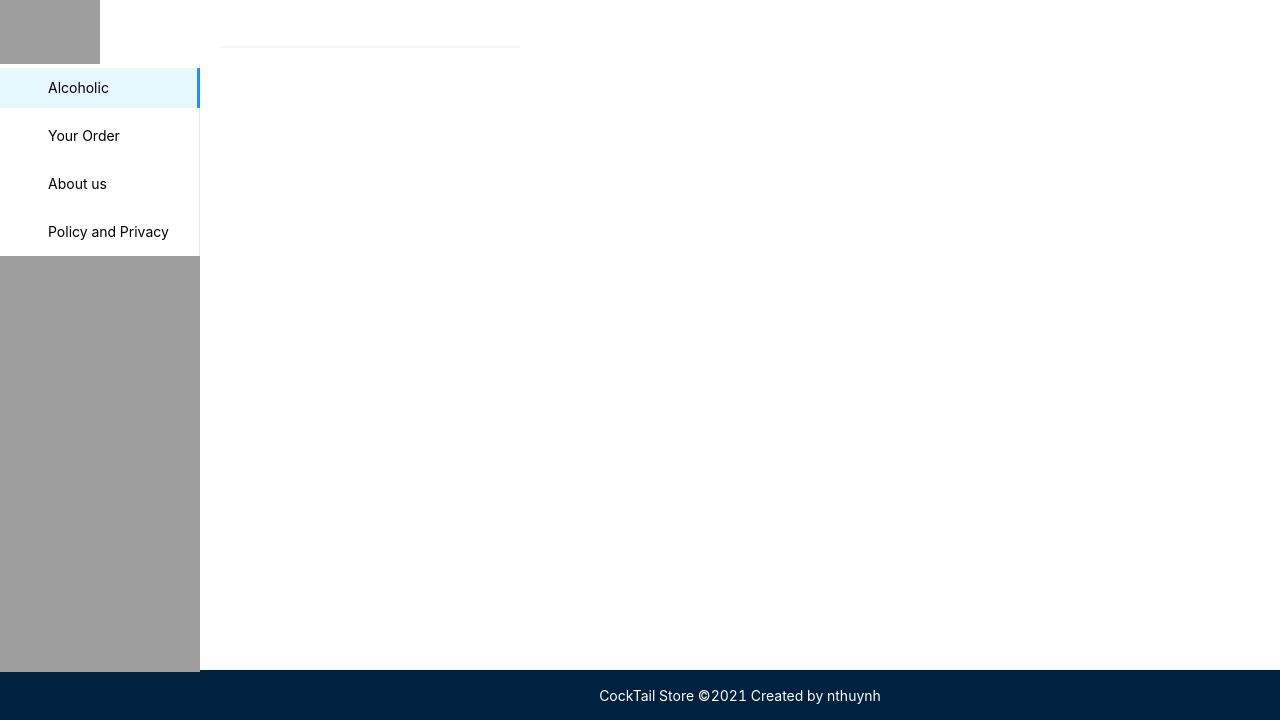
Repository: huynhnt1406/cocktail
Page: /
An editor plug-in stored every save of this project. The page is shown before and after the next save, followed by the edit.
The browser window is 1280 px wide. The pictures show the whole page.
Pictures or frames that could not be fetched are drawn as grey boxes. The page's requests for data from a server got no answer. The project was rebuilt for these pictures with package versions that can differ from the ones it lists, and the page was loaded fresh each time. No one was signed in, and anything a server would have sent is missing. Also part of the build but not shown: src/components/DetailPage.vue, src/components/Order.vue, src/components/AboutUs.vue, src/components/PolicyandPrivacy.vue.

Above is the page before, as saved 2021-05-08 01:17:34.

After the next save:
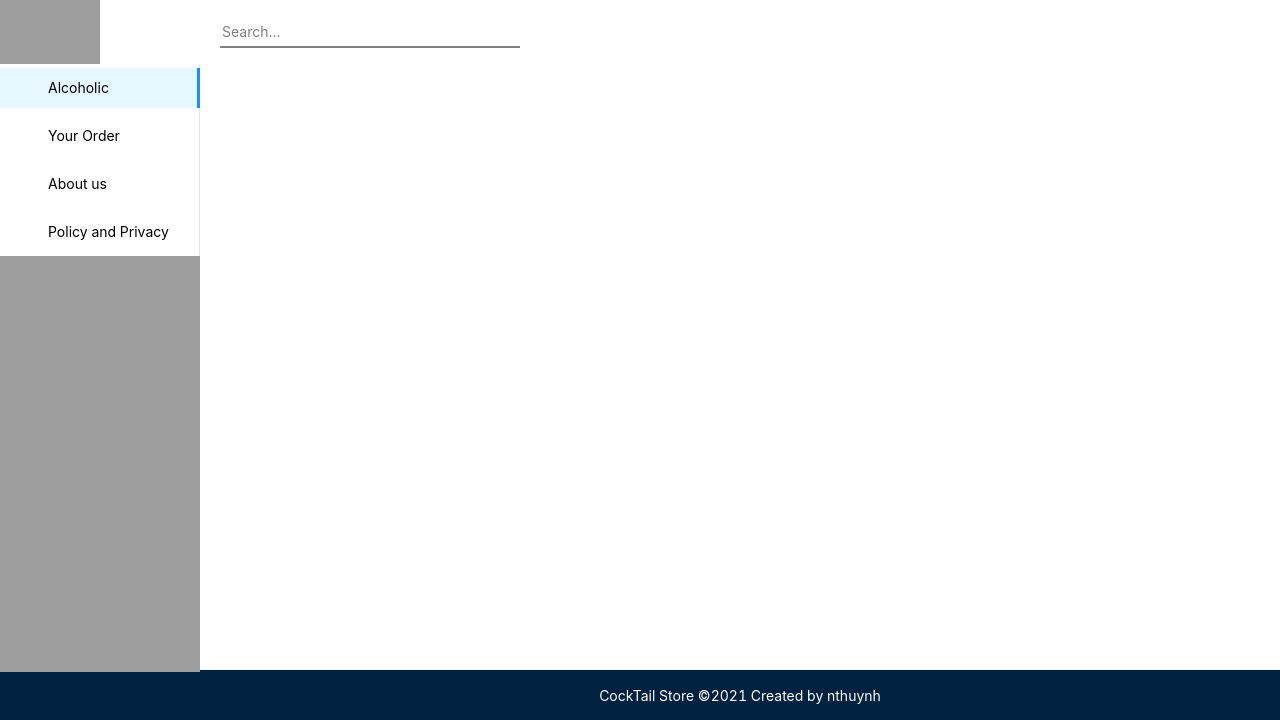
Saved 19 s later.
--- a/src/components/SearchBar.vue
+++ b/src/components/SearchBar.vue
@@ -27,13 +27,13 @@ export default {
     border-left:none;
     border-right: none;
     border-top:none;
-    border-bottom: 2px solid #f5f5f3;
+    border-bottom: 2px solid gray;
     margin-left: 10px;
     outline: none;
-    color:white;
+    color:gray;
 }
 ::placeholder{
-  color:white;
+  color:gray;
 }
 .search-tool input:focus{
     border-bottom: 2px solid green;
